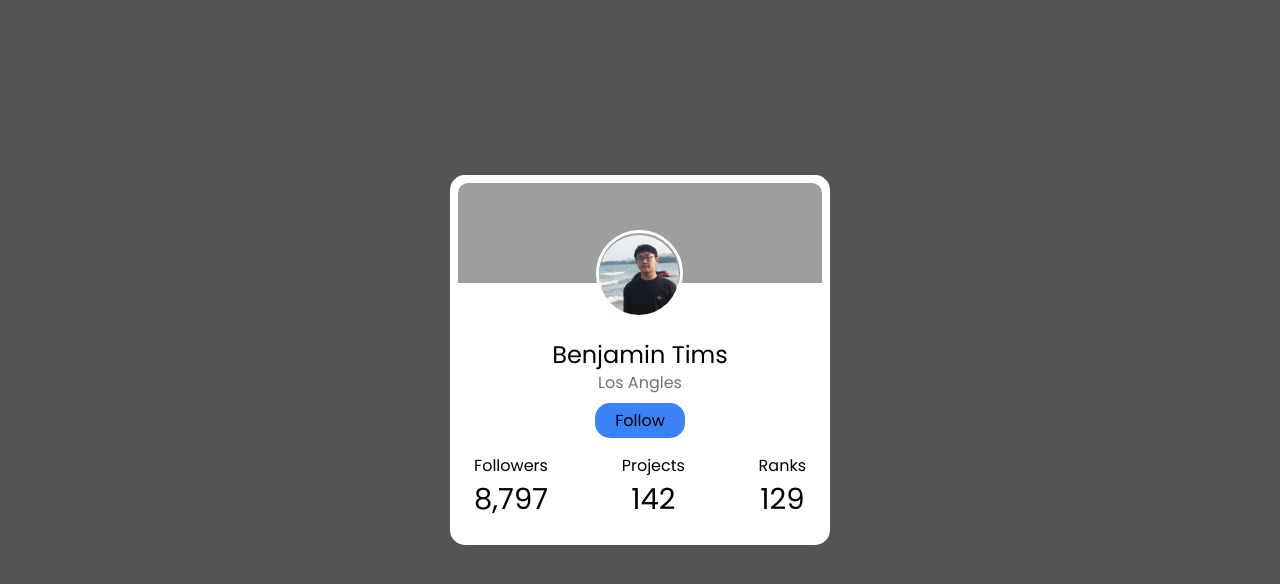
Repository: varotsk137/INT203_62130500080
Page: 62130500080_groupwork_2/myprofile.html
An editor plug-in stored every save of this project. The page is shown before and after the next save, followed by the edit.
The browser window is 1280 px wide. The pictures show the whole page.
Pictures or frames that could not be fetched are drawn as grey boxes.

Above is the page before, as saved 2021-02-03 10:58:50.

After the next save:
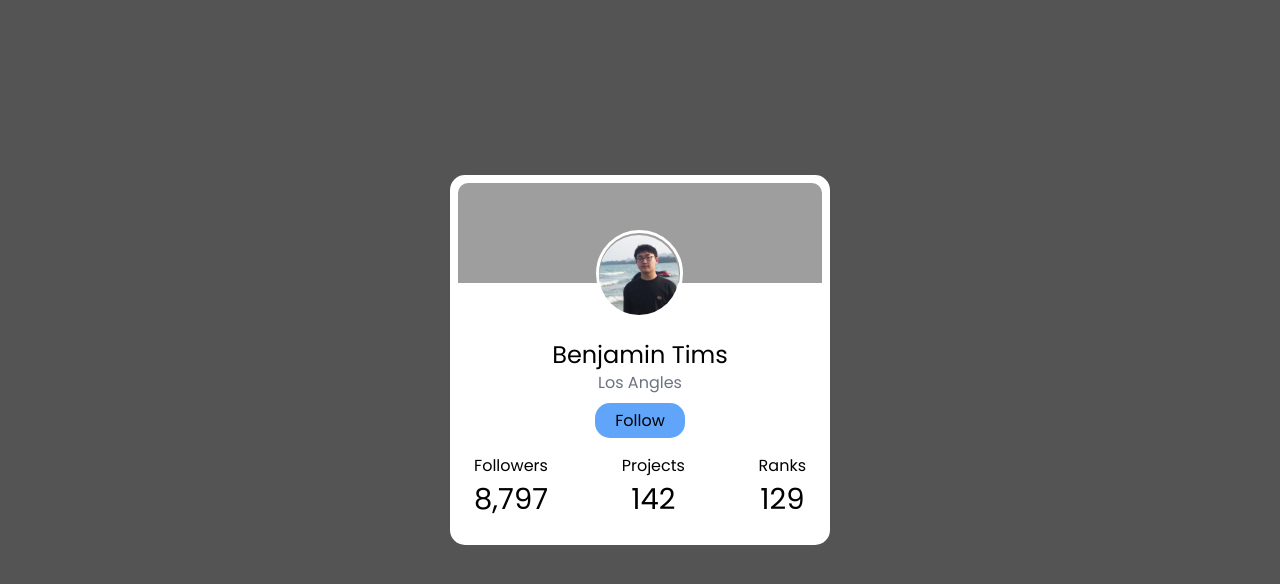
Saved 41 s later.
--- a/62130500080_groupwork_2/myprofile.html
+++ b/62130500080_groupwork_2/myprofile.html
@@ -93,7 +93,7 @@
       </div>
       <div class="mt-14 text-center">
         <h4 class="mb-0 text-2xl">Benjamin Tims</h4> <span class="text-muted block mb-2 text-gray-500">Los Angles</span> <button
-          class="follow bg-blue-500">Follow</button>
+          class="follow bg-blue-400">Follow</button>
         <div class="flex justify-between items-center mt-4 px-4">
           <div class="stats">
             <h6 class="mb-0">Followers</h6> <span>8,797</span>
